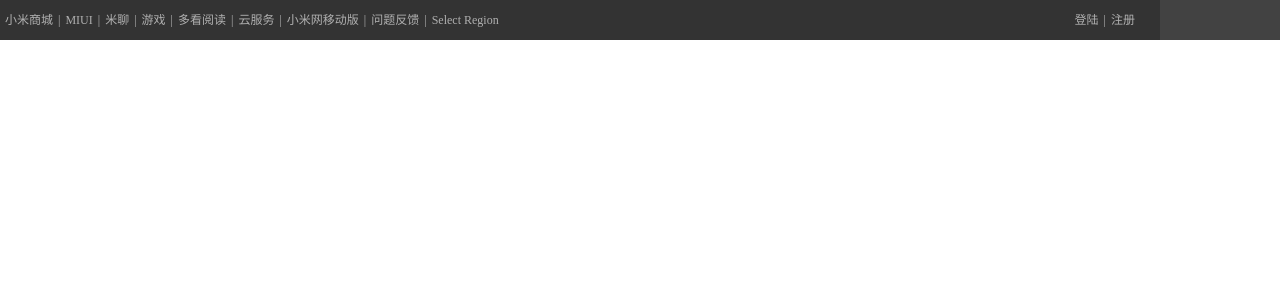
Repository: jijiajia19/mvue-by-jacle
Page: /
The author's editor kept a copy of each file at every save. The page is drawn from the files as they stood at one save, then again after a run of saves.
The browser window is 1280 px wide. The pictures show the whole page.
The project was rebuilt for these pictures with package versions that can differ from the ones it lists, and the page was loaded fresh each time. Also part of the build but not shown: vue.config.js.

Above is the page before, as saved 2022-02-22 15:01:13.

### public/index.html
<!DOCTYPE html>
<html lang="">
    <head>
        <meta charset="utf-8" />
        <meta http-equiv="X-UA-Compatible" content="IE=edge" />
        <meta name="viewport" content="width=device-width,initial-scale=1.0" />
        <link rel="icon" href="<%= BASE_URL %>favicon.ico" />
        <title><%= htmlWebpackPlugin.options.title %></title>
        <style>
            body {
                margin: 0px;
                padding: 0px;
            }
        </style>
    </head>
    <body>
        <noscript>
            <strong
                >We're sorry but <%= htmlWebpackPlugin.options.title %> doesn't
                work properly without JavaScript enabled. Please enable it to
                continue.</strong
            >
        </noscript>
        <div id="app"></div>
        <!-- built files will be auto injected -->
    </body>
</html>

### src/main.js
import Vue from 'vue';
// import App from './App.vue';
import Main from '@v/Main';
import router from './router';

Vue.config.productionTip = false;

new Vue({
    router,
    render: (h) => h(Main),
}).$mount('#app');

### src/views/Main.vue
<template>
    <div class="main-container"><Header></Header></div>
</template>

<script>
import Header from '@c/Header.vue';

export default {
    name: 'Main',
    data() {
        return {};
    },
    components: { Header },
};
</script>

<style scoped lang="less">
@import '@a/css/base.css';
</style>

### src/router/index.js
import Vue from 'vue';
import VueRouter from 'vue-router';
import Main from '@v/Main';

Vue.use(VueRouter);

const routes = [
    {
        path: '/',
        name: 'main',
        component: Main,
    },
    {
        path: '/about',
        name: 'about',
        // route level code-splitting
        // this generates a separate chunk (about.[hash].js) for this route
        // which is lazy-loaded when the route is visited.
        component: () =>
            import(/* webpackChunkName: "about" */ '../views/AboutView.vue'),
    },
];

const router = new VueRouter({
    routes,
});

export default router;

### src/assets/css/base.css
html {
    width: 100%;
    height: 100%;
}

body {
    font-family: Helvetica, Arial, 'Microsoft Yahei', 'Hiragino Sans GB',
        'Heiti SC', 'WenQuanYi Micro Hei', sans-serif;
    width: 100%;
    height: 100%;
}

ul {
    margin: 0;
    padding: 0;
    list-style: none;
}

.clearfix:after {
    content: '.';
    display: block;
    height: 0;
    clear: both;
    visibility: hidden;
}
.clearfix {
    *+height: 1%;
}

a {
    text-decoration: none;
    color: #333;
}

### src/components/Header.vue
<template>
    <div class="container">
        <div class="topbar-nav">
            <ul class="nav-wrap">
                <li
                    v-for="(item, index) in navs"
                    class="nav clearfix"
                    :key="item.name"
                >
                    <template v-if="item.name === '小米商城'">
                        <a :href="item.sourceUrl" class="nav-name">{{
                            item.name
                        }}</a>
                    </template>
                    <template v-else>
                        <a
                            :href="item.sourceUrl"
                            class="nav-name"
                            target="_blank"
                            >{{ item.name }}</a
                        >
                    </template>
                    <span class="nav-separate" v-show="index != 8">|</span>
                </li>
            </ul>
        </div>
        <div class="nav-info">
            <a
                href="http://order.mi.com/site/login?redirectUrl=http://www.mi.com/index.html"
                >登陆</a
            >
            <span class="nav-separate" v-show="$index !== 8">|</span>
            <a href="https://account.xiaomi.com/pass/register">注册</a>
        </div>
        <div class="topbar-cart fa cart-arrow-down"></div>
    </div>
</template>

<script>
export default {
    name: 'Header',
    data() {
        return {
            navIndex: 0,
            navs: [
                { name: '小米商城', sourceUrl: 'http://www.mi.com/index.html' },
                { name: 'MIUI', sourceUrl: 'http://www.miui.com/' },
                { name: '米聊', sourceUrl: 'http://www.miliao.com/' },
                { name: '游戏', sourceUrl: 'http://game.xiaomi.com/' },
                { name: '多看阅读', sourceUrl: 'http://www.duokan.com/' },
                { name: '云服务', sourceUrl: 'https://i.mi.com/' },
                {
                    name: '小米网移动版',
                    sourceUrl: 'http://www.mi.com/c/appdownload/',
                },
                {
                    name: '问题反馈',
                    sourceUrl: 'http://static.mi.com/feedback/',
                },
                {
                    name: 'Select Region',
                    sourceUrl: 'http://www.mi.com/index.html',
                },
            ],
            timer: '',
            cartStatus: false,
        };
    },
    methods: {
        evtCartEnter: function () {
            this.cartStatus = true;
            clearInterval(this.timer);
        },
        evtCartOut: function () {
            let self = this;
            this.timer = setTimeout(function () {
                self.cartStatus = false;
            }, 300);
        },
    },
    components: {},
};
</script>

<style scoped lang="less">
.container {
    width: 100%;
    height: 40px;
    margin: 0px;
    padding: 0px;
    background: #333;
    font-size: 12px;
}

.topbar-nav {
    float: left;
    display: inline-block;
    height: 40px;
    line-height: 40px;
    overflow: hidden;
}

.nav-wrap {
    display: inline-block;
    margin: 0;
    padding: 0;
    list-style: none;
    .nav {
        display: inline-block;
        text-decoration: none;
        height: 40px;
        line-height: 40px;
        padding-left: 5px;
        & :hover {
            color: #fff;
        }
        .nav-name {
            display: inline-block;
            font-size: 12px;
            color: #b0b0b0;
            text-decoration: none;
        }
        .nav-separate {
            display: inline-block;
            color: #b0b0b0;
            margin-left: 5px;
        }
    }
}

.nav-info {
    position: absolute;
    top: 0;
    right: 140px;
    height: 40px;
    line-height: 40px;
    a {
        color: #b0b0b0;
        text-decoration: none;
        margin-right: 5px;
        margin-left: 5px;
        &:hover {
            color: #fff;
        }
    }
    span {
        color: #b0b0b0;
    }
}

.topbar-cart {
    position: relative;
    float: right;
    width: 120px;
    background: #424242;
    height: 40px;
    line-height: 40px;
    cursor: pointer;
    &:hover {
        background: #fff;
        a,
        .icon-cart,
        span {
            color: #ff6700;
        }
    }
    .active {
        background: #fff;
        a {
            color: #ff6700;
        }
        span {
            color: #ff6700;
        }
    }
    a {
        display: block;
        width: 100%;
        height: 100%;
        padding-left: 40px;
        color: #b0b0b0;
        text-decoration: none;
        box-sizing: border-box;
    }
    span {
        color: #b0b0b0;
    }
    .icon-cart {
        position: absolute;
        left: 15px;
        top: 10px;
        color: #b0b0b0;
        font-size: 20px;
    }
}
</style>

After the next 4 saves:
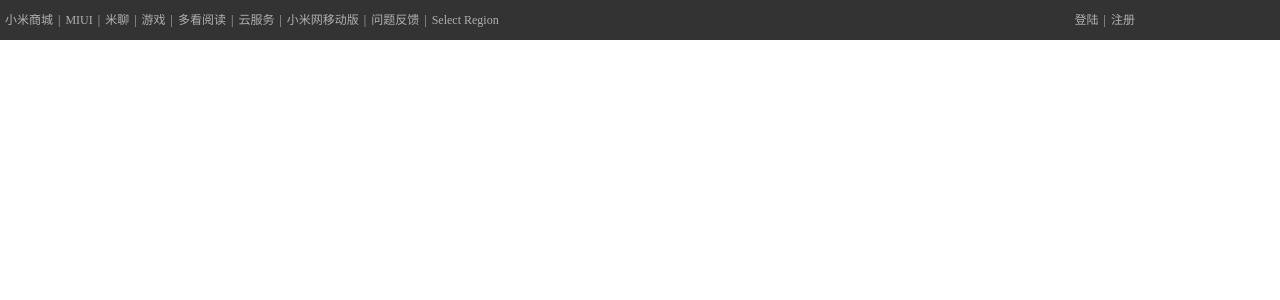
The 4 saves are shown as one change because 2 did not build or start and some came seconds apart.
The last was saved 56 s later.
--- a/src/components/Header.vue
+++ b/src/components/Header.vue
@@ -32,7 +32,6 @@
             <span class="nav-separate" v-show="$index !== 8">|</span>
             <a href="https://account.xiaomi.com/pass/register">注册</a>
         </div>
-        <div class="topbar-cart fa cart-arrow-down"></div>
     </div>
 </template>
 
